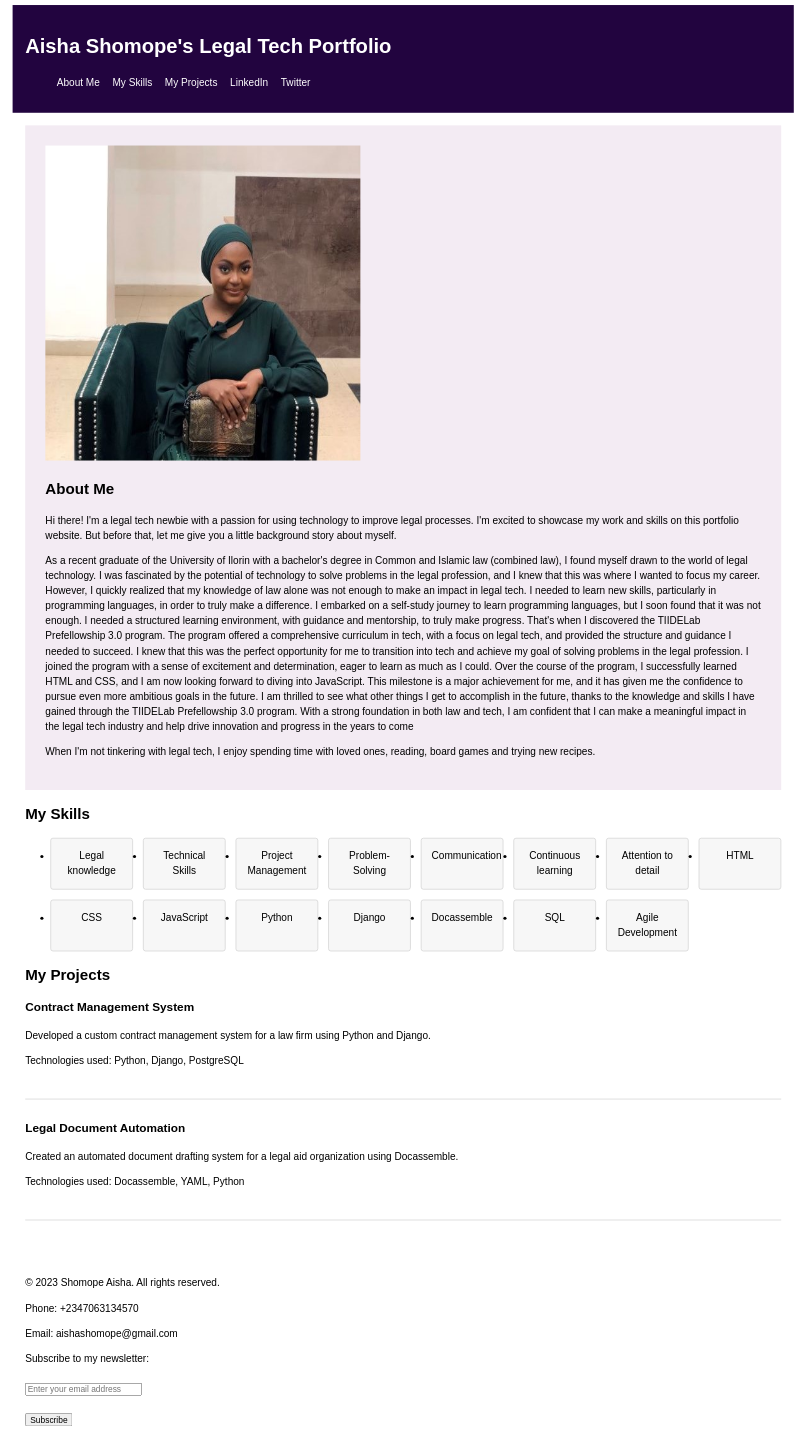
Repository: Iyewande/AishasPortfolio
Page: Index.html
The author's editor kept a copy of each file at every save. The page is drawn from the files as they stood at one save, then again after the next save.
The browser window is 1280 px wide. The pictures show the whole page, at 63% of full size.

Above is the page before, as saved 2023-04-30 21:22:52.

After the next save:
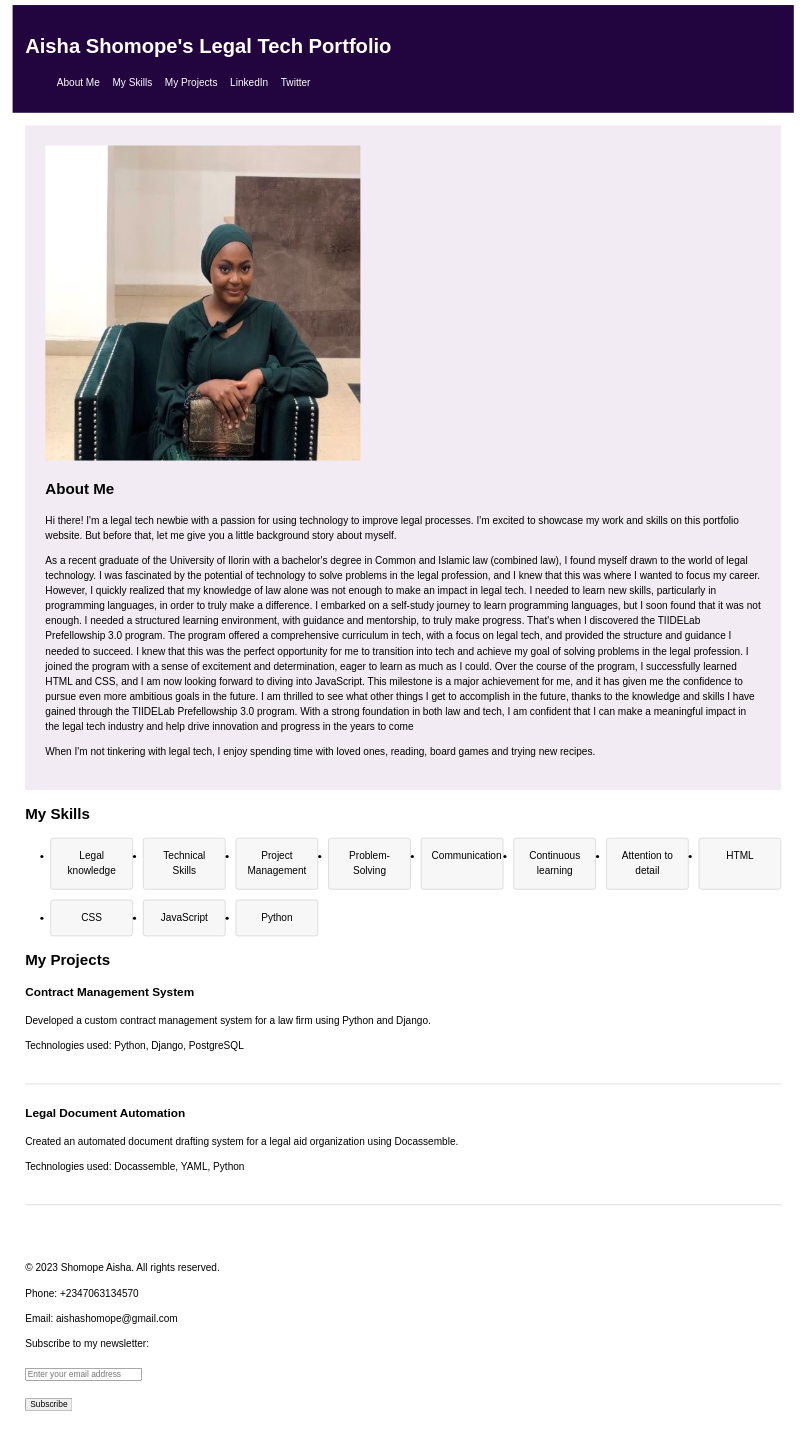
Saved 78 s later.
--- a/Index.html
+++ b/Index.html
@@ -53,10 +53,6 @@
                     <li>CSS</li>
                     <li>JavaScript</li>
                     <li>Python</li>
-                  <li>Django</li>
-                  <li>Docassemble</li>
-                  <li>SQL</li>
-                  <li>Agile Development</li>
                 </ul>
               </section>
               <section id="projects">
